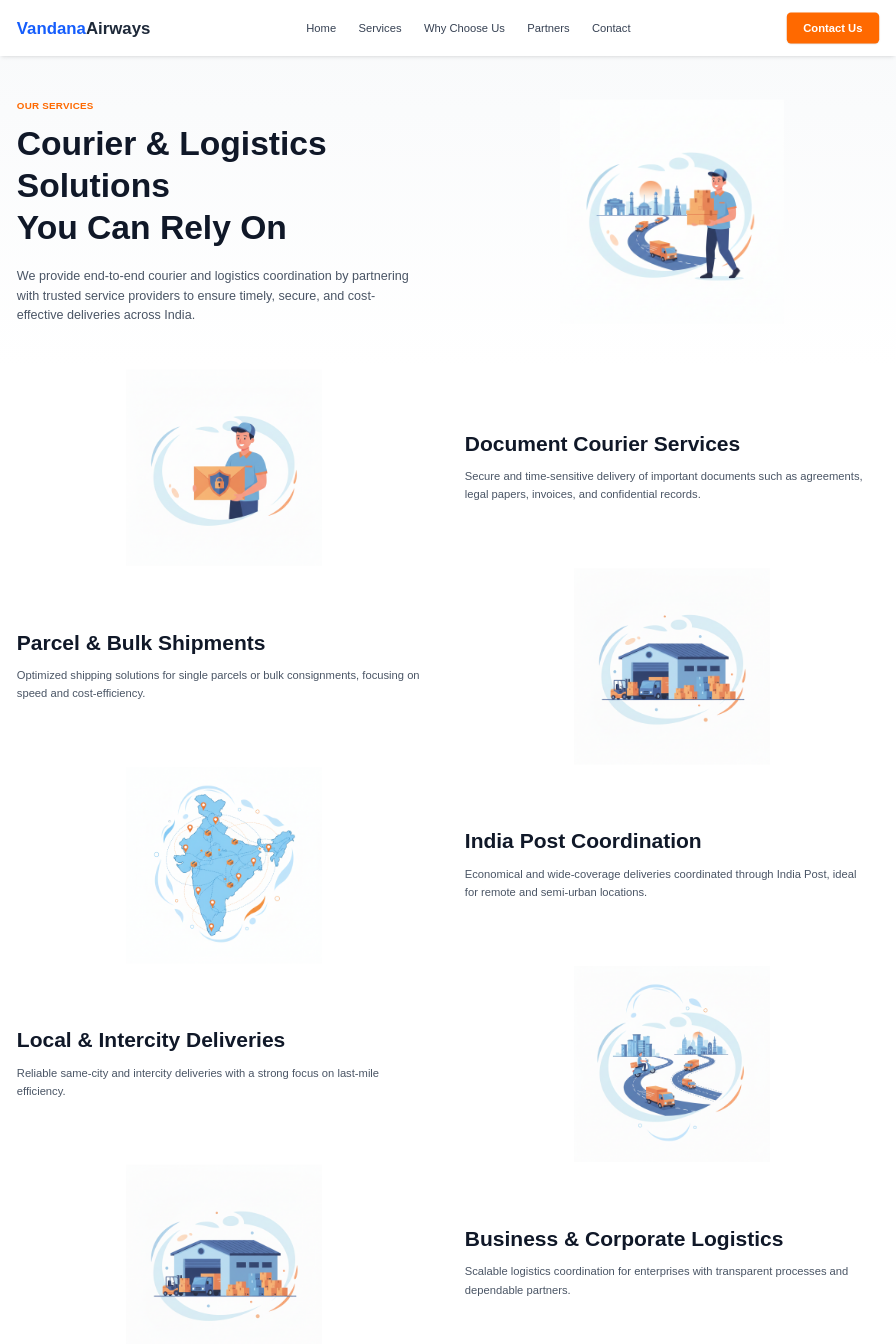
Repository: Rohit-foryou/Courier-Portfolio
Page: /services
An editor plug-in stored every save of this project. The page is shown before and after a run of saves, followed by the edit.
The browser window is 1280 px wide. The pictures show the part of the page from y = 0 to 1920 px (the page is 3768 px tall), at 70% of full size.
The project was rebuilt for these pictures with package versions that can differ from the ones it lists, and the page was loaded fresh each time. The framework's server and built-in components were replaced by stand-ins that run in the browser. Also part of the build but not shown: next.config.ts.

Above is the page before, as saved 2026-02-10 00:52:03.

After the next 2 saves:
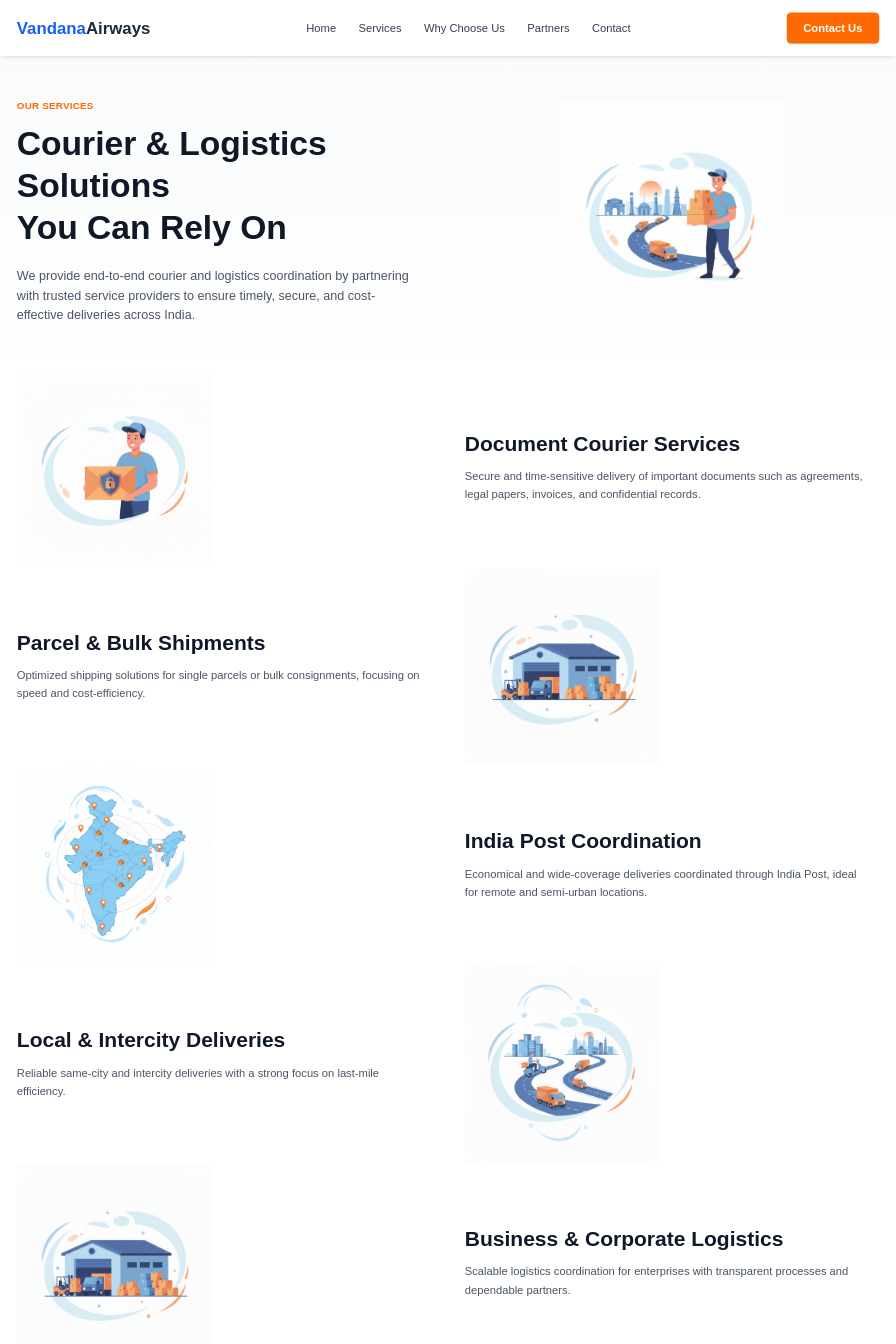
The 2 saves are shown as one change because 1 did not build or start.
The last was saved 16 min 40 s later.
--- a/app/services/page.tsx
+++ b/app/services/page.tsx
@@ -101,6 +101,10 @@
                       hover:-translate-y-1
                     "
                   />
+                  {i < services.length - 1 && (
+  <div className="h-px bg-gray-100 max-w-5xl mx-auto" />
+)}
+
                 </div>
 
                 {/* TEXT */}
@@ -116,6 +120,7 @@
             );
           })}
         </div>
+
       </section>
 
       {/* WHAT WE OFFER */}

After the save that followed:
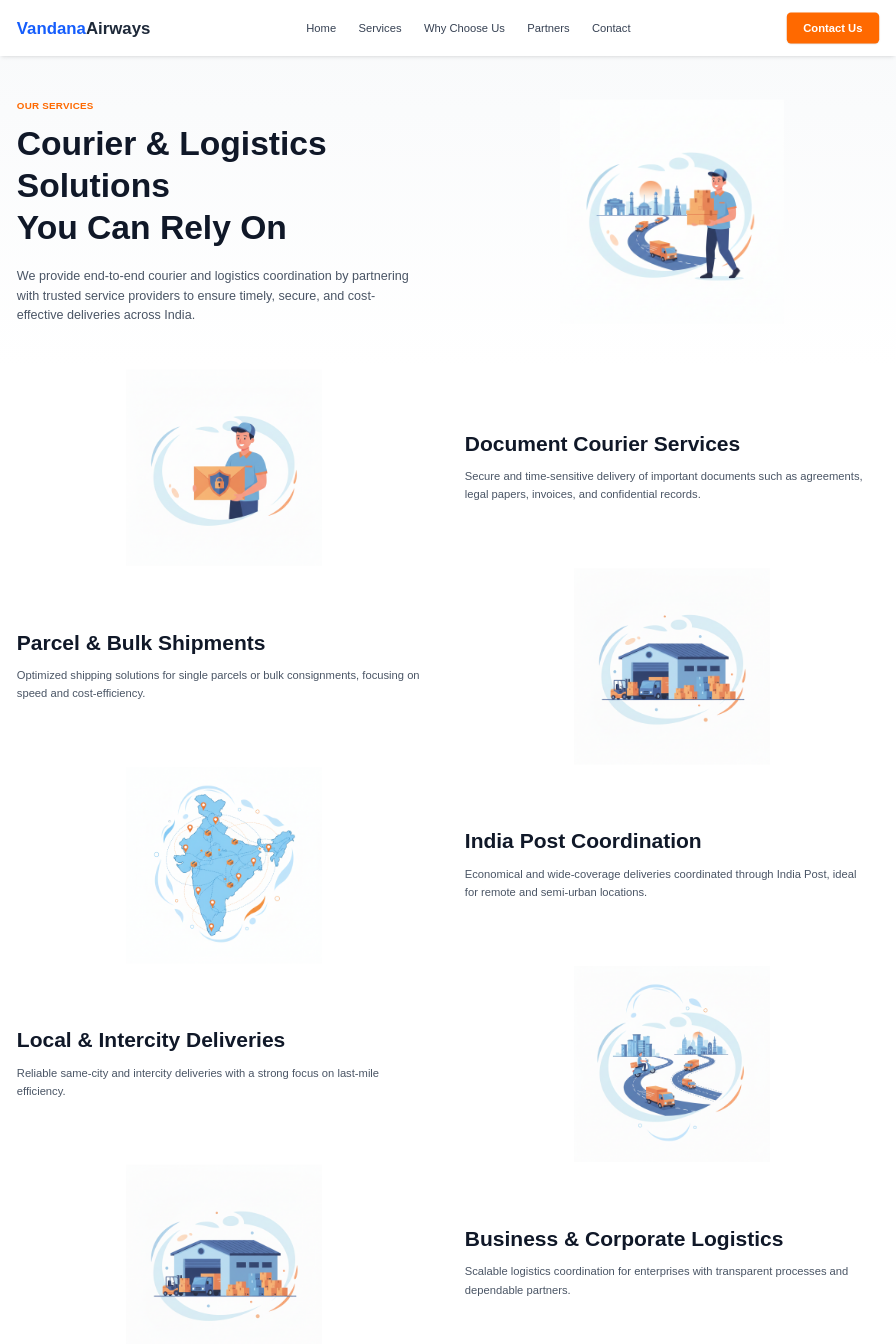
Saved 13 s later.
--- a/app/services/page.tsx
+++ b/app/services/page.tsx
@@ -101,9 +101,6 @@
                       hover:-translate-y-1
                     "
                   />
-                  {i < services.length - 1 && (
-  <div className="h-px bg-gray-100 max-w-5xl mx-auto" />
-)}
 
                 </div>
 
